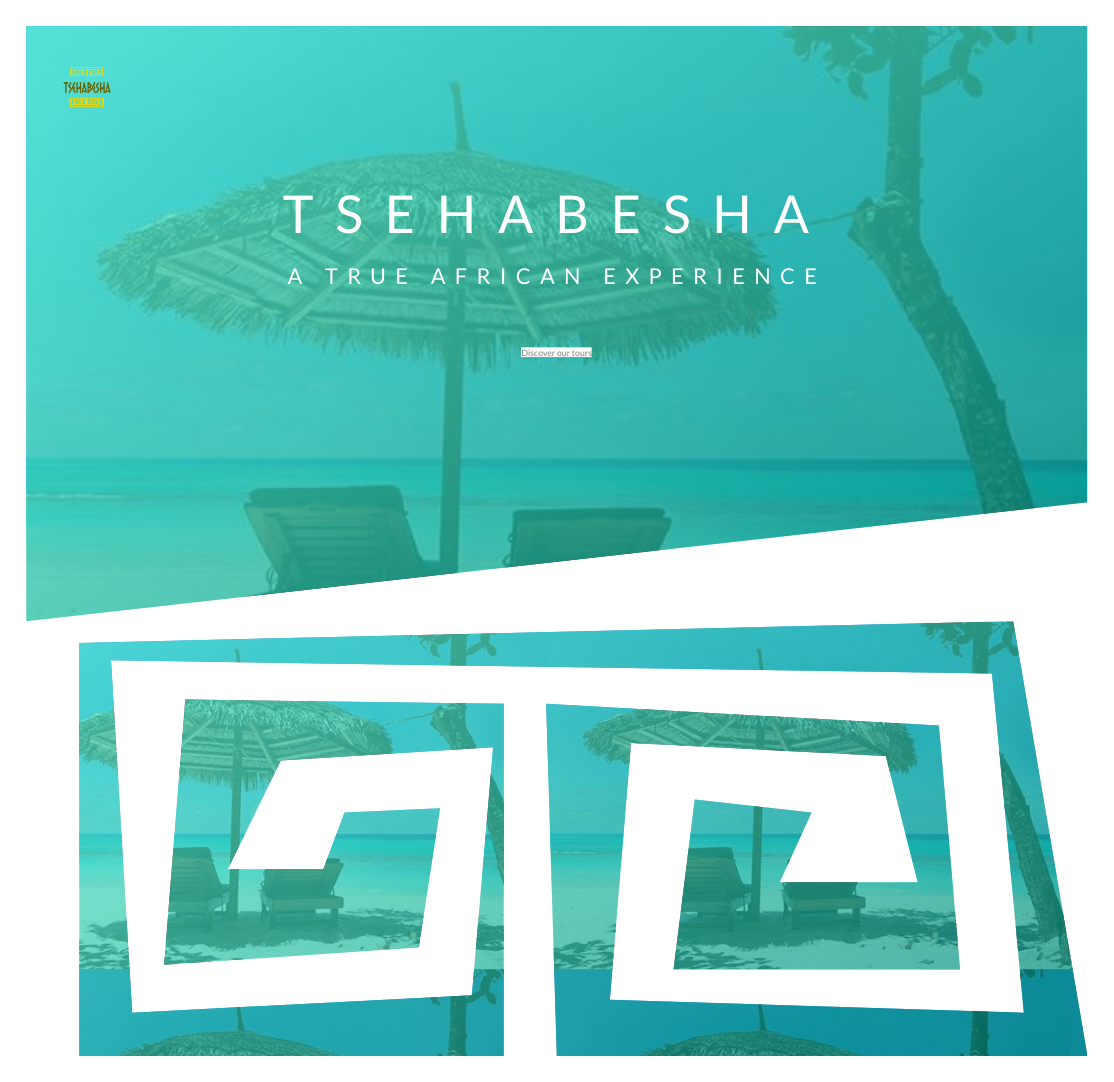
Repository: Azariagmt/tour-and-travel
Page: index.html
These files come from the project's save history. The page is drawn as it stood at one moment and after a run of saves; the edit follows.
The browser window is 1280 px wide. The pictures show the whole page, at 87% of full size.
The style sheet was rebuilt from its Sass, Less or Tailwind sources for each picture, by a compiler version that may differ from the author's.

Above is the page before, as saved 2020-03-31 08:47:24.

### index.html
<!DOCTYPE html>
<!--[if lt IE 7]>      <html class="no-js lt-ie9 lt-ie8 lt-ie7"> <![endif]-->
<!--[if IE 7]>         <html class="no-js lt-ie9 lt-ie8"> <![endif]-->
<!--[if IE 8]>         <html class="no-js lt-ie9"> <![endif]-->
<!--[if gt IE 8]><!--> <html class="no-js"> <!--<![endif]-->
    <head>
        <meta charset="utf-8">
        <meta http-equiv="X-UA-Compatible" content="IE=edge">
        <title></title>
        <meta name="description" content="">
        <meta name="viewport" content="width=device-width, initial-scale=1">
        <link href="https://fonts.googleapis.com/css?family=Lato&display=swap" rel="stylesheet">
        <link rel="stylesheet" href="css/style.css">
    </head>
    <body>
        <!--[if lt IE 7]>
            <p class="browsehappy">You are using an <strong>outdated</strong> browser. Please <a href="#">upgrade your browser</a> to improve your experience.</p>
        <![endif]-->
        <header class="header">
            <div class="header__logo-box">
                <img src="img/tsehabesha-logo.png" alt="Logo" class="header__logo">
            </div>
            <div class="header__text-box">
                <h1 class="heading-primary">
                    <span class="heading-primary--main">
                        tsehabesha
                    </span>
                    <span class="heading-primary--sub">
                        a true african experience
                    </span>
                </h1>
                <a href="#" class="btn btn--white btn--animated">Discover our tours</a>
            </div>
        </header>
        <div class="logo-clip">

            </div>
        <script src="" async defer></script>
    </body>
</html>

### sass/main.scss
$color-primary: #777777;
$color-primary-light: #64ffdbb9;
$color-primary-dark: #00897bb9;

*,
*::after,
*::before {
  margin: 0;
  padding: 0;
  box-sizing: inherit;
}

html {
  font-size: 62.5%;
}

body {
  font-family: "Lato", sans-serif;
  font-weight: 400;
  // font-size: 16px;
  line-height: 1.7;
  color: $color-primary;
  padding: 3rem;
  box-sizing: border-box;
}

.header {
  height: 95vh;
  background-image: linear-gradient(
      to right bottom,
      rgba($color-primary-light, 0.8),
      rgba($color-primary-dark, 0.8)
    ),
    url(../img/2.jpg);
  background-size: cover;
  background-position: top;
  clip-path: polygon(0 0, 100% 0, 100% 80%, 0% 100%);
  position: relative;

  &__logo-box {
    position: absolute;
    top: 4rem;
    left: 4rem;
  }

  &__logo {
    height: 6rem;
  }

  &__text-box {
    position: absolute;
    top: 40%;
    left: 50%;
    transform: translate(-50%, -50%);
    text-align: center;
  }
}

.heading-primary{
  color: white;
  text-transform: uppercase;
  backface-visibility: hidden;
  margin-bottom: 6rem;
  /* line-height: 95vh; */

  &--main {
    display: block;
    font-size: 6rem;
    font-weight: 400;
    letter-spacing: 2.5rem;
    animation: moveInLeft 1s ease-out;
  }

  &--sub {
    display: block;
    font-size: 2.5rem;
    font-weight: 500;
    letter-spacing: 1.07rem;
    animation: moveInRight 1s ease-in;
  }

}


@keyframes moveInLeft {
  0% {
    opacity: 0;
    transform: translateX(-10rem);
  }
  80% {
    opacity: 0.8;
    transform: translateX(1rem);
  }
  100% {
    opacity: 1;
    transform: translate(0);
  }
}

@keyframes moveInRight {
  0% {
    opacity: 0;
    transform: translateX(10rem);
  }
  80% {
    opacity: 0.8;
    transform: translate(-1rem);
  }
  100% {
    opacity: 1;
    transform: translate(0);
  }
}

@keyframes moveInTop {
  0% {
    opacity: 0;
    transform: translateY(8rem);
  }
  100% {
    opacity: 1;
    transform: translate(0);
  }
}

.btn{
  .btn:link,
  .btn:visited {
    text-transform: uppercase;
    text-decoration: none;
    display: inline-block;
    padding: 1.5rem 4rem;
    border-radius: 10rem;
    transition: all 0.2s;
    position: relative;
    font-size: 1.6rem;
  }


}


.btn:hover {
  transform: translateY(-0.3rem);
  box-shadow: 0 1rem 2rem rgba(0, 0, 0, 0.2);
}

.btn:active {
  transform: translateY(-0.1rem);
  box-shadow: 0 0.5rem 1rem rgba(0, 0, 0, 0.2);
}

.btn--white {
  background-color: white;
  color: grey;
}

.btn::after {
  content: "";
  display: inline-block;
  height: 100%;
  width: 100%;
  border-radius: 10rem;
  position: absolute;
  top: 0;
  left: 0;
  z-index: -1;
  transition: all 0.4s;
}

.btn-white::after {
  background-color: white;
}

.btn:hover::after {
  transform: scaleX(1.4) scaleY(1.6);
  opacity: 0;
}
.btn--animated {
  animation: moveInTop 0.7s ease-out 0.75s;
  animation-fill-mode: backwards;
}
.logo-clip {
  height: 50rem;
  background-image: linear-gradient(to right bottom, #64ffdbb9, #00897bb9),
    url(../img/2.jpg);
  width: 100%;
  background-clip: content-box;
  clip-path: polygon(
    45% 100%,
    45% 19%,
    15% 18%,
    13% 79%,
    37% 75%,
    39% 43%,
    30% 44%,
    28% 57%,
    19% 57%,
    24% 32%,
    44% 29%,
    42% 86%,
    10% 90%,
    8% 9%,
    91% 12%,
    94% 90%,
    55% 87%,
    57% 28%,
    81% 31%,
    84% 60%,
    71% 60%,
    74% 44%,
    63% 41%,
    61% 80%,
    88% 80%,
    86% 24%,
    49% 19%,
    50% 100%,
    100% 100%,
    93% 0,
    5% 5%,
    5% 100%
  );
}

After the next 2 saves:
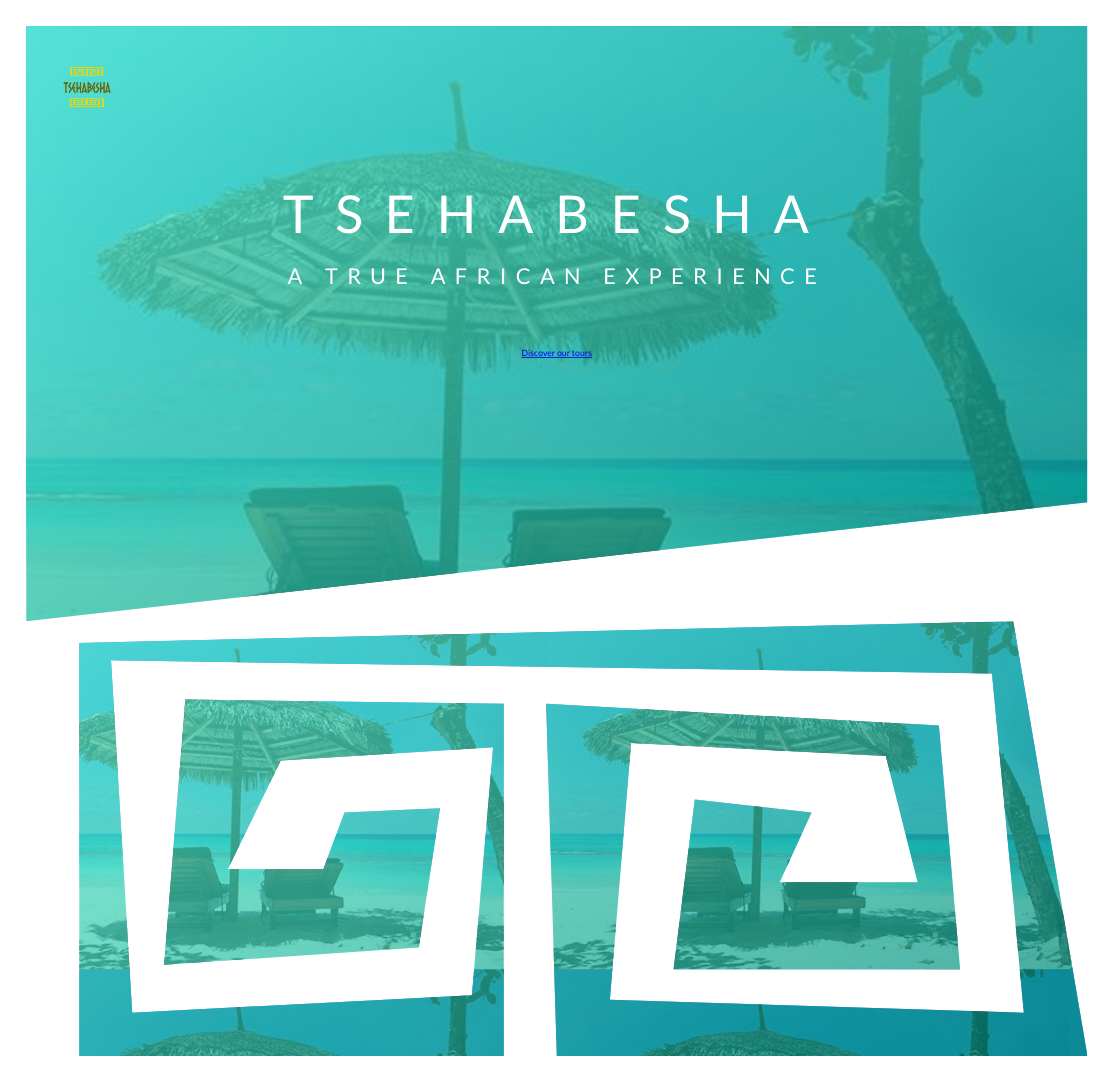
The 2 saves are shown as one change because they came seconds apart.
The last was saved 10 s later.
--- a/sass/main.scss
+++ b/sass/main.scss
@@ -136,24 +136,26 @@
     font-size: 1.6rem;
   }
 
-
-}
-
-
-.btn:hover {
-  transform: translateY(-0.3rem);
-  box-shadow: 0 1rem 2rem rgba(0, 0, 0, 0.2);
-}
-
-.btn:active {
-  transform: translateY(-0.1rem);
-  box-shadow: 0 0.5rem 1rem rgba(0, 0, 0, 0.2);
-}
-
-.btn--white {
-  background-color: white;
-  color: grey;
-}
+  .btn:hover {
+    transform: translateY(-0.3rem);
+    box-shadow: 0 1rem 2rem rgba(0, 0, 0, 0.2);
+  }
+
+  .btn:active {
+    transform: translateY(-0.1rem);
+    box-shadow: 0 0.5rem 1rem rgba(0, 0, 0, 0.2);
+  }
+
+  .btn--white {
+    background-color: white;
+    color: grey;
+  }
+
+
+}
+
+
+
 
 .btn::after {
   content: "";
